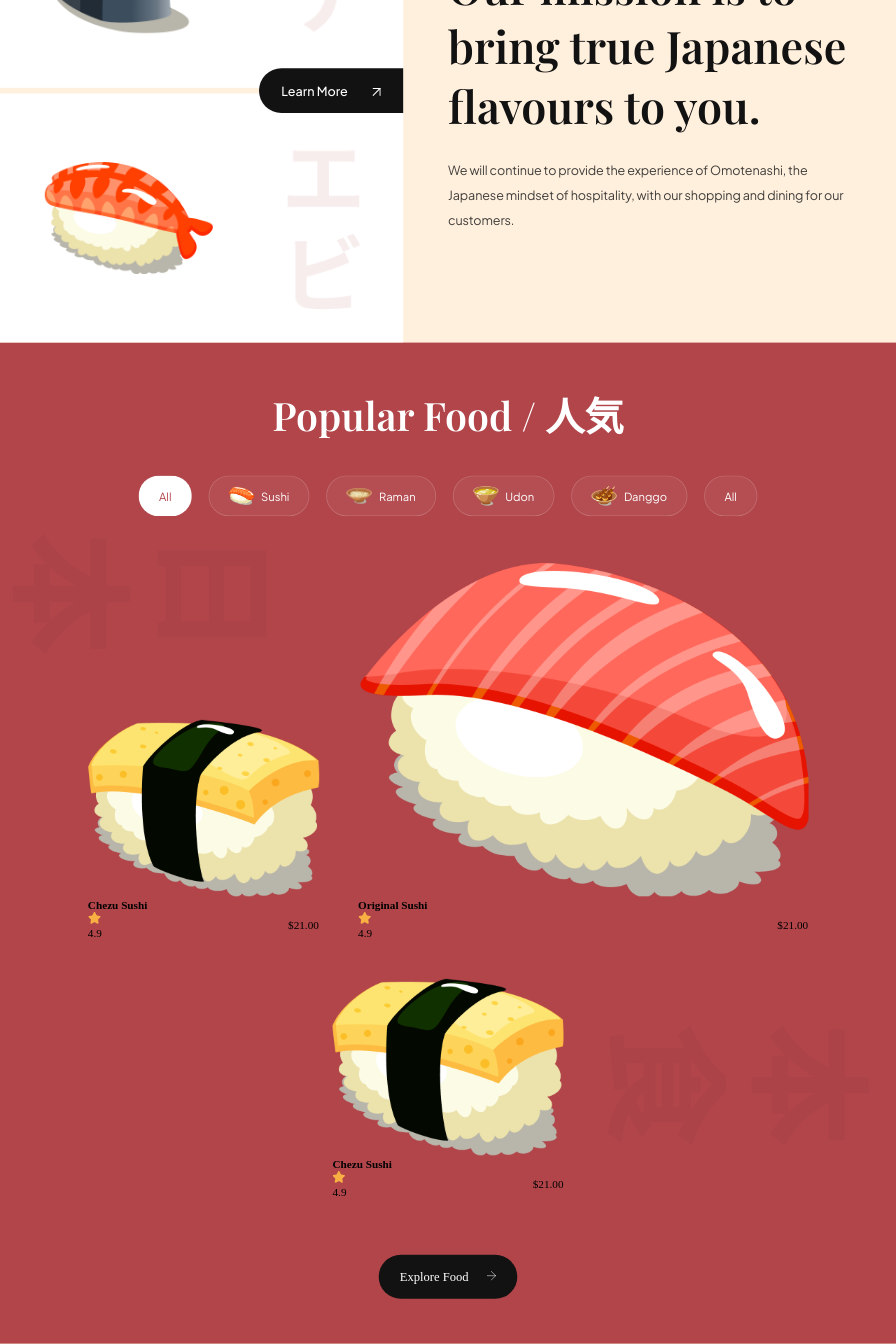
Repository: echoyol/sushiWebsite
Page: index.html
These files come from the project's save history. The page is drawn as it stood at one moment and after the next save; the edit follows.
The browser window is 1280 px wide. The pictures show the part of the page from y = 1018 to 2938 px (the page is 2938 px tall), at 70% of full size.

Above is the page before, as saved 2023-06-05 20:35:06.

### index.html
<!DOCTYPE html>
<html lang="en">
  <head>
    <meta charset="UTF-8" />
    <meta
      http-equiv="X-UA-Compatible"
      content="IE=edge"
    />
    <meta
      name="viewport"
      content="width=device-width, initial-scale=1.0"
    />
    <link
      rel="icon"
      type="image/png"
      href="/public/sushi.png"
    />
    <link
      rel="stylesheet"
      href="/css/style.css"
    />
    <title>Sushiman</title>
  </head>
  <body>
    <header>
      <nav class="header_nav">
        <div class="header__logo">
          <h4>Sushiman</h4>
          <div class="header__logo-overlay"></div>
        </div>
        <ul class="header__menu">
          <li>
            <a href="#menu">Menu</a>
          </li>
          <li>
            <a href="#food">Food</a>
          </li>
          <li>
            <a href="#services">Services</a>
          </li>
          <li>
            <a href="#about-us">About Us</a>
          </li>
          <li>
            <img
              src="assets/search.svg"
              alt="search"
            />
          </li>
        </ul>
        <ul class="header__menu-mobile">
          <li>
            <img
              src="assets/menu.svg"
              alt="menu"
            />
          </li>
        </ul>
      </nav>
    </header>

    <section class="hero">
      <div class="hero-image">
        <img
          src="assets/sushi-1.png"
          alt="sushi"
        />
        <h2>
          日<br />
          本<br />
          食
        </h2>

        <div class="hero-image__overlay"></div>
      </div>

      <div class="hero-content">
        <div class="hero-content-info">
          <h1>Feel the taste of Japanese food</h1>
          <p>
            Feel the taste of the most popular Japanese food from anywhere and
            anytime
          </p>

          <div class="hero-content__buttons">
            <button class="hero-content__order-button">Order Now</button>
            <button class="hero-content__play-button">
              <img
                src="assets/play-circle.svg"
                alt="play"
              />
              How to Order
            </button>
          </div>
        </div>
        <div class="hero-content__testimonial">
          <div class="hero-content__customer flex-center">
            <h4>24<span>k+</span></h4>
            <p>Happy Customers</p>
          </div>

          <div class="hero-content__review">
            <img
              src="assets/user.png"
              alt="user"
            />
            <p>
              "This is the best Japanese food delivery service that ever
              existed"
            </p>
          </div>
        </div>
      </div>
    </section>

    <section
      class="about-us"
      id="about-us"
    >
      <div class="about-us__image">
        <div class="about-us__image-sushi3">
          <img
            src="assets/sushi-3.png"
            alt="sushi"
          />
        </div>

        <button class="about-us__button">
          Learn More

          <img
            src="assets/arrow-up-right.svg"
            alt="learn more"
          />
        </button>

        <div class="about-us__image-sushi2">
          <img
            src="assets/sushi-2.png"
            alt="sushi"
          />
        </div>
      </div>

      <div class="about-us__content">
        <p class="sushi__subtitle">About Us / 私たちに関しては</p>
        <h3 class="sushi__title">
          Our mission is to bring true Japanese flavours to you.
        </h3>
        <p class="sushi__description">
          We will continue to provide the experience of Omotenashi, the Japanese
          mindset of hospitality, with our shopping and dining for our
          customers.
        </p>
      </div>
    </section>

    <section
      class="popular-foods"
      id="menu"
    >
      <h2 class="popular-foods__title">Popular Food / 人気</h2>

      <div class="popular-foods__filters sushi__hide-scrollbar">
        <button class="popular-foods__filter-btn active">All</button>
        <button class="popular-foods__filter-btn">
          <img
            src="assets/sushi-9.png"
            alt="sushi 9"
          />
          Sushi
        </button>
        <button class="popular-foods__filter-btn">
          <img
            src="assets/sushi-8.png"
            alt="sushi 8"
          />
          Raman
        </button>
        <button class="popular-foods__filter-btn">
          <img
            src="assets/sushi-7.png"
            alt="sushi 7"
          />
          Udon
        </button>
        <button class="popular-foods__filter-btn">
          <img
            src="assets/sushi-6.png"
            alt="sushi 6"
          />
          Danggo
        </button>
        <button class="popular-foods__filter-btn">All</button>
      </div>

      <div class="popular-foods__catalogue">
        <article class="popular-foods__card">
          <img
            class="popular-foods__card-image"
            src="assets/sushi-12.png"
            alt="sushi-12"
          />
          <h4 class="popular-foods__card-title">Chezu Sushi</h4>

          <div class="popular-foods__card-details flex-between">
            <div class="popular-foods__card-rating">
              <img
                src="assets/star.svg"
                alt="star"
              />
              <p>4.9</p>
            </div>
            <p class="popular-foods__card-price">$21.00</p>
          </div>
        </article>

        <article class="popular-foods__card active-card">
          <img
            class="popular-foods__card-image"
            src="assets/sushi-11.png"
            alt="sushi-11"
          />
          <h4 class="popular-foods__card-title">Original Sushi</h4>

          <div class="popular-foods__card-details flex-between">
            <div class="popular-foods__card-rating">
              <img
                src="assets/star.svg"
                alt="star"
              />
              <p>4.9</p>
            </div>
            <p class="popular-foods__card-price">$21.00</p>
          </div>
        </article>

        <article class="popular-foods__card">
          <img
            class="popular-foods__card-image"
            src="assets/sushi-12.png"
            alt="sushi-12"
          />
          <h4 class="popular-foods__card-title">Chezu Sushi</h4>

          <div class="popular-foods__card-details flex-between">
            <div class="popular-foods__card-rating">
              <img
                src="assets/star.svg"
                alt="star"
              />
              <p>4.9</p>
            </div>
            <p class="popular-foods__card-price">$21.00</p>
          </div>
        </article>
      </div>

      <button class="popular-foods__button">
        Explore Food
        <img
          src="assets/arrow-right.svg"
          alt="arrow-right"
        />
      </button>
    </section>
    <script
      src="js/script.js"
      type="module"
    ></script>
  </body>
</html>

### css/style.css
@import url('https://fonts.googleapis.com/css2?family=Playfair+Display:wght@400;500;600;700;800;900&display=swap');
@import url('https://fonts.googleapis.com/css2?family=Plus+Jakarta+Sans:wght@200;300;400;500;600;700;800&display=swap');

/* other css file imports */
@import url('sections/header.css');
@import url('sections/hero.css');
@import url('sections/about.css');
@import url('sections/popular.css');
@import url('sections/trending.css');
@import url('sections/subscribe.css');
@import url('sections/footer.css');

/* CSS variables for reusablity across all files (including above imported) */
:root {
  --playfair-display: 'Playfair Display', serif;
  --plus-jakarta-sans: 'Plus Jakarta Sans', sans-serif;

  --primary-color: #b1454a;
  --secondary-color: #121212;

  --black-200: #020202;
  --black-300: #333333;
  --black-400: #1f1e31;
  --black-500: #555555;
  --gray-100: #888888;

  --color-white: #fff;
  --color-creamson: #fff0de;
}

* {
  margin: 0;
  padding: 0;
  box-sizing: border-box;
  scroll-behavior: smooth;
}

body {
  max-width: 1280px;
  margin: 0 auto;
  background-color: var(--color-creamson);
}

a {
  text-decoration: none;
  color: inherit;
}

.flex-center {
  display: flex;
  justify-content: center;
  align-items: center;
}

.flex-between {
  display: flex;
  justify-content: space-between;
  align-items: center;
}

.sushi__subtitle {
  font-size: 18px;
  font-weight: 400;
  font-family: var(--plus-jakarta-sans);

  color: var(--primary-color);
  opacity: 0.8;

  letter-spacing: -0.01em;
}

.sushi__title {
  font-size: 64px;
  font-weight: 600;
  font-family: var(--playfair-display);

  color: var(--secondary-color);

  margin-top: 16px;
}

.sushi__description {
  font-size: 18px;
  font-weight: 400;
  font-family: var(--plus-jakarta-sans);

  line-height: 36px;
  letter-spacing: -0.01em;

  color: var(--secondary-color);
  opacity: 0.8;

  margin: 32px 0px;
}

/* Hide scrollbar for Chrome, Safari and Opera */
.sushi__hide-scrollbar::-webkit-scrollbar {
  display: none;
}

/* Hide scrollbar for IE, Edge and Firefox */
.sushi__hide-scrollbar {
  -ms-overflow-style: none; /* IE and Edge */
  scrollbar-width: none; /* Firefox */
}

/* START: about us media queries */
@media screen and (max-width: 1024px) {
  .about-us {
    flex-direction: column;
  }

  .about-us__image {
    flex-direction: row;
  }

  .about-us__image-sushi3 {
    border-bottom: none;
    border-right: 8px solid var(--color-creamson);
  }

  .about-us__button {
    display: none;
  }
}

@media screen and (max-width: 750px) {
  .about-us__image {
    flex-direction: column;
  }

  .about-us__image-sushi3 {
    border-bottom: 8px solid var(--color-creamson);
    border-right: none;
  }

  .about-us__button {
    display: block;
    top: 47%;
  }
}

@media screen and (max-width: 550px) {
  .about-us__image-sushi2 img,
  .about-us__image-sushi3 img {
    width: 50%;
    height: 160px;

    object-fit: contain;
  }

  .about-us__image div {
    padding: 32px;
  }

  .about-us__button {
    top: 44%;
  }

  .about-us__content {
    padding: 32px;
  }
}
/* END: about us media queries */

/* START: header media querie */
@media screen and (max-width: 900px) {
  .header__nav {
    background: var(--primary-color);
  }

  .header__menu {
    display: none;
  }

  .header__menu-mobile {
    display: flex;
  }
}

@media screen and (max-width: 550px) {
  .header__logo {
    padding-left: 0;
  }
}
/* END: header media queries */

/* START: hero media queries */
@media screen and (max-width: 1060px) {
  .hero {
    flex-direction: column;
  }

  .hero-image img {
    width: 100%;

    transform: matrix(1, 0.05, 0, 1.25, 0, 0) !important;
  }
}

@media screen and (max-width: 750px) {
  .hero-image h2 {
    font-size: 70px;
    line-height: 90px;
  }
}

@media screen and (max-width: 550px) {
  .hero-image h2 {
    font-size: 40px;
    line-height: 60px;
  }

  .hero-content-info {
    padding: 32px;
  }

  .hero-content-info h1 {
    font-size: 60px;
  }

  .hero-content-info p {
    margin: 32px 0;
  }

  .hero-content__buttons {
    margin: 41px 0;
  }

  .hero-content__testimonial {
    padding: 32px;
  }
}
/* END: hero media queries */

/* START: popular media queries */
@media screen and (max-width: 550px) {
  .popular-foods {
    padding: 64px 32px;
  }

  .popular-foods__card,
  .popular-foods__card.active-card {
    min-width: 100%;
  }
}
/* END: popular media queries */

/* START: subscribe media queries */
@media screen and (max-width: 550px) {
  .subscription {
    padding: 64px 32px;
  }

  .subscription h2 {
    font-size: 68px;
    line-height: 100px;
  }

  .subscription__form {
    flex-direction: column;
    gap: 20px;

    min-width: 100%;
    border-radius: 20px;
    padding: 0;

    border: none;
  }

  .subscription__form input {
    min-height: 50px;

    border: 1px solid rgba(255, 255, 255, 0.5);
    padding: 10px 20px;
    border-radius: 30px;
  }

  .subscription__form button {
    min-width: 100%;
  }
}
/* END: subscribe media queries */

/* START: trending media queries */
@media screen and (max-width: 1024px) {
  .trending-sushi {
    flex-direction: column;
  }

  .trending-drink {
    flex-direction: column-reverse;
  }

  .trending__image {
    width: 100%;
    background-size: cover;
  }

  .trending__discover {
    display: none;
  }

  .trending__arrow {
    display: none;
  }
}

@media screen and (max-width: 550px) {
  .trending__image img {
    width: 70%;
    height: 70%;
  }

  .trending__content {
    padding: 32px;
  }
}
/* END: trending media queries */

### js/script.js
// import AOS from 'aos'
// import 'aos/dist/aos.css'

// // init AOS animation
// AOS.init({
//   duration: 1000,
//   offset: 100,
// })

### css/sections/header.css
.header_nav {
  display: flex;
  overflow: hidden;
}

.header__logo {
  flex: 1;
  display: flex;
  position: relative;
  padding: 20px;
}

.header__logo-overlay {
  position: absolute;
  inset: 0;
  width: 100%;
  background-color: var(--primary-color);
  z-index: -1;
}

.header__logo h4 {
  padding-left: 30px;
  font-weight: 700;
  font-size: 24px;
  text-transform: uppercase;
  font-family: var(--playfair-display);
  color: #fff;
  opacity: 0.8;
}

.header__menu,
.header__menu-mobile {
  padding: 20px;
  flex: 1.236;
  display: flex;
  align-items: center;
  justify-content: flex-end;
  gap: 64px;

  list-style: none;
}

.header__menu li {
  font-weight: 500;
  font-family: var(--plus-jakarta-sans);
  color: var(--secondary-color);
  font-size: 16px;
  text-transform: uppercase;
  line-height: 20px;
  cursor: pointer;
}

.header__menu li img {
  width: 24px;
  height: 24px;
  object-fit: contain;
}

.header__menu-mobile {
  display: none;
  gap: 20px;
  position: relative;
}

### css/sections/hero.css
.hero {
  display: flex;
  min-height: calc(100vh-74px);
  overflow: hidden;
}

.hero-image {
  flex: 1;
  display: flex;
  flex-direction: column;
  position: relative;
  z-index: 5;
}

.hero-image img {
  width: 120%;
  height: 100%;
  object-fit: contain;
}

.hero-image__overlay {
  position: absolute;
  inset: 0;
  width: 100%;
  background-color: var(--primary-color);
  z-index: -1;
}

.hero-image h2 {
  position: absolute;
  bottom: 0;
  padding: 20px;
  font-family: var(--playfair-diaplay);
  font-weight: 700;
  font-size: 120px;
  line-height: 138px;
  color: #fff;
}

.hero-content {
  flex: 1.22;
  display: flex;
  justify-content: space-between;
  flex-direction: column;
}

.hero-content-info {
  padding: 64px;
  flex: 1;
  display: flex;
  justify-content: center;
  flex-direction: column;
}

.hero-content-info h1 {
  font-size: 80px;
  font-weight: 600px;
  font-family: var(--playfair-display);
  color: var(--secondary-color);
}

.hero-content-info p {
  margin: 32px 0 0 32px;
  font-family: var(--plus-jakarta-sana);
  color: var(--secondary-color);
  font-size: 18px;
  font-weight: 400;
}

.hero-content__buttons {
  margin: 41px 0 0 41px;
  display: flex;
  flex-wrap: wrap;
  gap: 36px;
}

.hero-content__order-button {
  padding: 20px;
  border-radius: 36px;
  min-width: 212px;
  outline: none;
  background-color: var(--secondary-color);
  cursor: pointer;
  color: #fff;
  font-weight: 500;
  font-size: 18px;
  line-height: 23px;
}

.hero-content__play-button {
  border: none;
  outline: none;
  background: transparent;

  display: flex;
  align-items: center;

  font-size: 16px;
  line-height: 19px;
  color: var(--black-200);
  font-family: var(--plus-jakarta-sana);

  cursor: pointer;
}

.hero-content__play-button img {
  margin-right: 12px;

  width: 46px;
  height: 46px;
  object-fit: contain;
}

.hero-content__testimonial {
  padding: 32px 64px;

  display: flex;
  flex-wrap: wrap;
  gap: 20px;

  background: var(--color-white);
}

.hero-content__customer {
  flex: 1;
  gap: 10px;
}

.hero-content__customer h4 {
  font-size: 62px;
  font-weight: 400;
  font-family: var(--playfair-display);
}

.hero-content__customer p {
  font-size: 16px;
  font-weight: 400;
  font-family: var(--plus-jakarta-sana);
  color: var(--secondary-color);
  opacity: 0.5;
}

.hero-content__review {
  flex: 1;
  display: flex;
  align-items: center;
  gap: 10px;

  padding-left: 20px;
  border-left: 1px solid rgba(2, 2, 2, 0.1);
  min-width: 200px;
}
.hero-content__review img {
  width: 42px;
  height: 42px;
  object-fit: contain;
}

.hero-content__review p {
  font-size: 12px;
  font-weight: 400;
  line-height: 32px;
  font-family: var(--plus-jakarta-sana);
  color: var(--secondary-color);
  opacity: 0.8;
}

### css/sections/about.css
.about-us {
  display: flex;
  min-height: 720px;
  overflow: hidden;
}

.about-us__image {
  flex: 1;
  display: flex;
  flex-direction: column;
  justify-content: center;

  background: var(--color-white);

  position: relative;
}

.about-us__image div {
  padding: 32px 64px;

  flex: 1;
  display: flex;
  align-items: center;

  background-position: center;
  background-repeat: no-repeat;
  background-size: contain;
}

.about-us__image-sushi3 {
  border-bottom: 8px solid var(--color-creamson);

  background-image: url('../../assets/about_bg1.png');
}

.about-us__image-sushi2 {
  background-image: url('../../assets/about_bg2.png');
}

.about-us__image-sushi3 img {
  width: 225px;
  height: 200px;
}

.about-us__image-sushi2 img {
  width: 240px;
  height: 160px;
}

.about-us__button {
  position: absolute;
  right: 0;

  padding: 12px 32px;
  min-height: 64px;

  background: var(--secondary-color);
  border-radius: 32px 0 0 32px;
  border: 0;
  outline: 0;

  color: #fff;
  font-family: var(--plus-jakarta-sans);
  font-weight: 500;
  font-size: 18px;
  line-height: 23px;
  cursor: pointer;
}

.about-us__button img {
  object-fit: contain;
  margin-left: 32px;
}

.about-us__content {
  padding: 64px;

  flex: 1;
  display: flex;
  justify-content: center;
  flex-direction: column;
}

### css/sections/popular.css
.popular-foods {
  padding: 64px;

  display: flex;
  flex-direction: column;

  background-color: var(--primary-color);
  background-image: url('../../assets/popular_bg.png');
  background-position: center;
  background-repeat: no-repeat;
  background-size: contain;

  overflow: hidden;
}

.popular-foods__title {
  font-size: 56px;
  font-family: var(--playfair-display);
  font-weight: 600;
  line-height: 78px;
  color: #fff;
  text-align: center;
}

.popular-foods__filters {
  margin-top: 48px;
  max-width: 100%;
  overflow-x: auto;

  display: flex;
  justify-content: center;
  gap: 24px;
}

.popular-foods__filter-btn {
  padding: 10px 28px;

  display: flex;
  flex-direction: row;
  align-items: center;
  gap: 10px;

  background: rgba(255, 255, 255, 0.05);
  border: 1px solid rgba(255, 255, 255, 0.2);
  border-radius: 46px;

  font-size: 16px;
  font-weight: 300px;
  line-height: 25px;
  font-family: var(--plus-jakarta-sans);
  color: #fff;
  cursor: pointer;
}

.popular-foods__filter-btn img {
  width: 36px;
  height: 36px;
  object-fit: contain;
}

.popular-foods__filter-btn.active {
  background-color: #fff;
  color: var(--primary-color);
}

.popular-foods__filter-btn:hover {
  background-color: #fff;
  color: var(--primary-color);
}

.popular-foods__catalogue {
  margin-top: 64px;

  display: flex;
  justify-content: center;
  align-items: flex-end;
  flex-wrap: wrap;
  gap: 56px;
}

.popular-foods__button {
  width: fit-content;

  padding: 20px 30px;
  margin: 80px auto 0;

  font-weight: 500;
  font-size: 18px;
  line-height: 23px;
  font-family: var(--secondary-color);
  color: #fff;

  border: none;
  outline: none;
  background: var(--secondary-color);
  border-radius: 64px;
  cursor: pointer;
}

.popular-foods__button img {
  width: 14px;
  height: 14px;
  object-fit: contain;

  margin-left: 21px;
}

Loaded but not shown: css/sections/trending.css (no stored copy; drawn as an empty file); css/sections/subscribe.css (no stored copy; drawn as an empty file); css/sections/footer.css (no stored copy; drawn as an empty file)

After the next save:
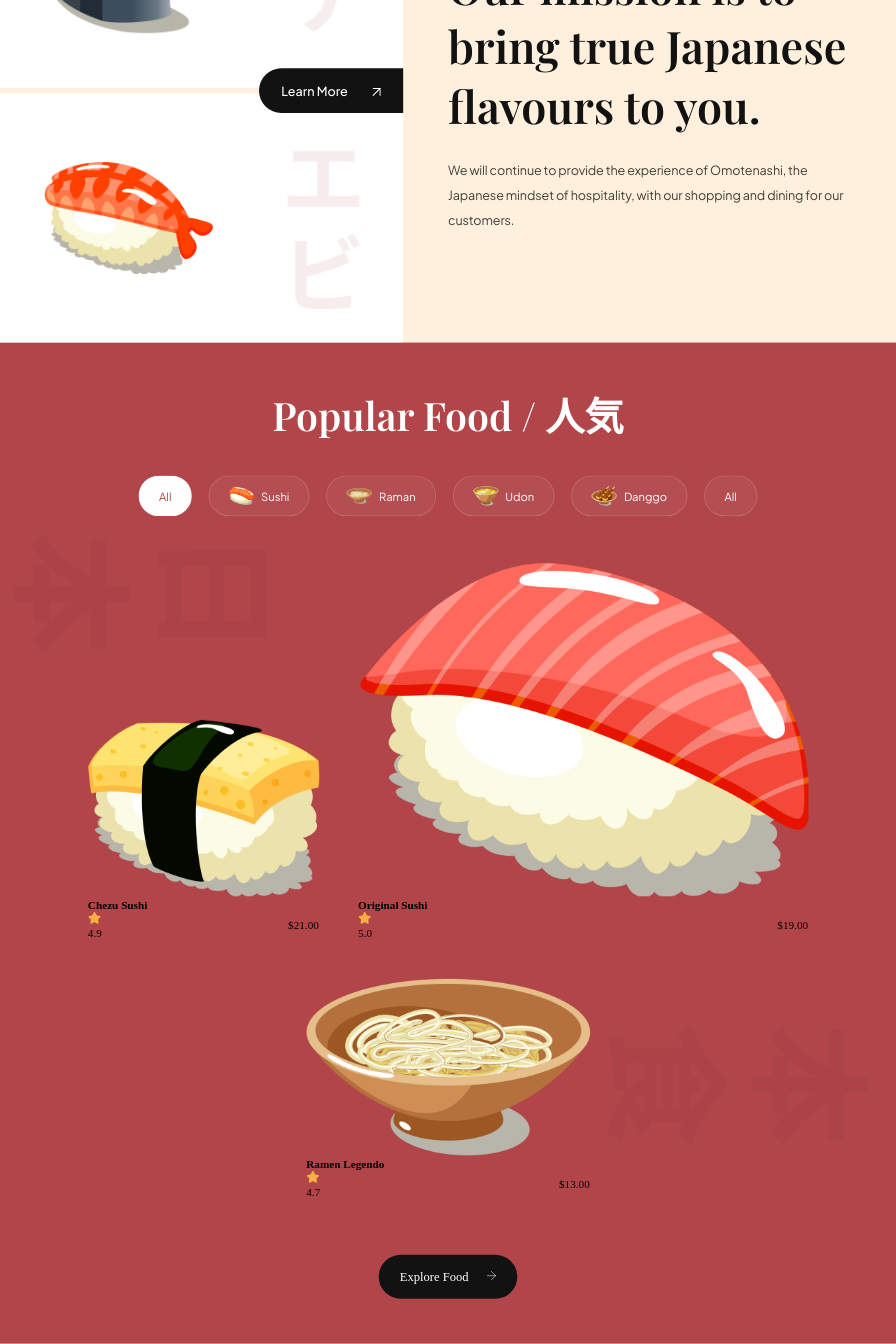
Saved 104 s later.
--- a/index.html
+++ b/index.html
@@ -229,19 +229,19 @@
                 src="assets/star.svg"
                 alt="star"
               />
-              <p>4.9</p>
+              <p>5.0</p>
             </div>
-            <p class="popular-foods__card-price">$21.00</p>
+            <p class="popular-foods__card-price">$19.00</p>
           </div>
         </article>
 
         <article class="popular-foods__card">
           <img
             class="popular-foods__card-image"
-            src="assets/sushi-12.png"
-            alt="sushi-12"
-          />
-          <h4 class="popular-foods__card-title">Chezu Sushi</h4>
+            src="assets/sushi-10.png"
+            alt="sushi-10"
+          />
+          <h4 class="popular-foods__card-title">Ramen Legendo</h4>
 
           <div class="popular-foods__card-details flex-between">
             <div class="popular-foods__card-rating">
@@ -249,9 +249,9 @@
                 src="assets/star.svg"
                 alt="star"
               />
-              <p>4.9</p>
+              <p>4.7</p>
             </div>
-            <p class="popular-foods__card-price">$21.00</p>
+            <p class="popular-foods__card-price">$13.00</p>
           </div>
         </article>
       </div>
